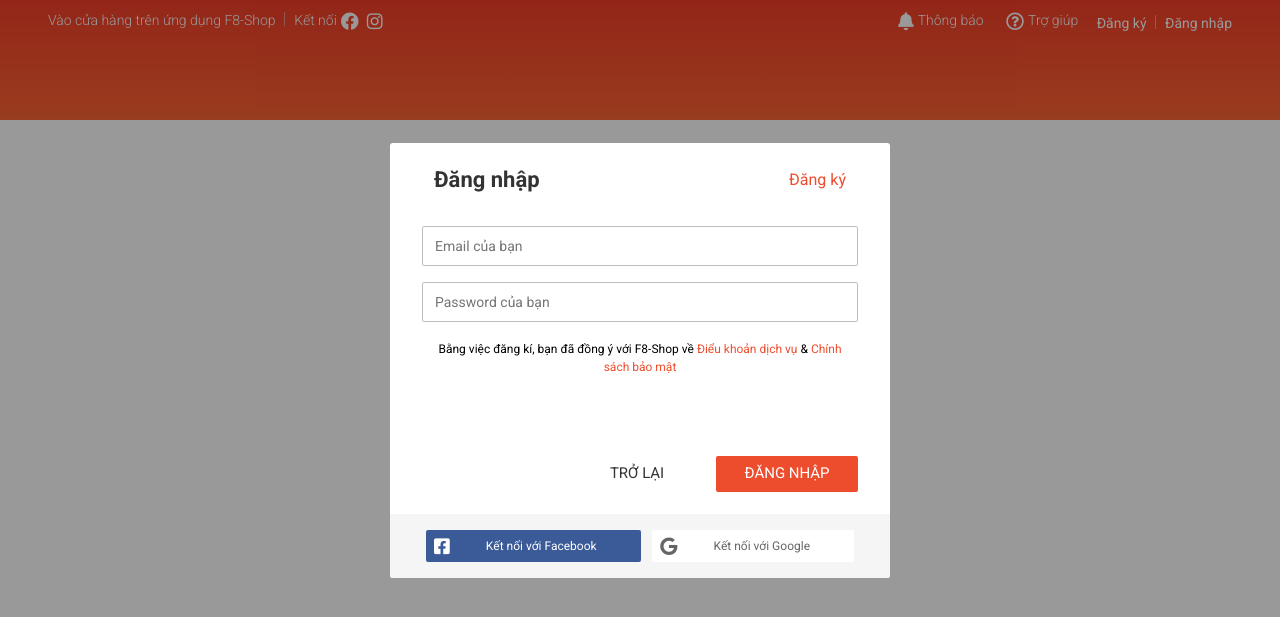
Repository: tvhoangit/tvhoangit.github.io
Page: Shoppe/index.html
An editor plug-in stored every save of this project. The page is shown before and after the next save, followed by the edit.
The browser window is 1280 px wide. The pictures show the whole page.

Above is the page before, as saved 2021-10-17 14:30:29.

### Shoppe/index.html
<!DOCTYPE html>
<html lang="en">
<head>
    <meta charset="UTF-8">
    <meta http-equiv="X-UA-Compatible" content="IE=edge">
    <meta name="viewport" content="width=device-width, initial-scale=1.0">
    <title>Document</title>
    <link rel="stylesheet" href="https://cdnjs.cloudflare.com/ajax/libs/normalize/8.0.1/normalize.min.css">
    <link rel="stylesheet" href="./assets/css/base.css">
    <link rel="stylesheet" href="./assets/css/main.css">
    <link rel="stylesheet" href="./assets/fonts/fontawesome-free-5.15.4-web/fontawesome-free-5.15.4-web/css/all.min.css">
    <link href="https://fonts.googleapis.com/css2?family=Open+Sans&family=Roboto:wght@300;400;500;700;900&display=swap" rel="stylesheet">
</head>
<body>

    <div class="app">
        <header class="header">
            <div class="grid">
                <nav class="header__navbar">
                    <ul class="header__navbar-list">
                        <li class="header__navbar-item header__navbar-item--qr header__navbar-item--separate">
                            Vào cửa hàng trên ứng dụng F8-Shop
                            <div class="header__qr">
                                <img src="./assets/img/QR.png" alt="QR code" class="header__qr-img">
                                <div class="header__qr-apps">
                                    <a href="" class="header__qr-link">
                                        <img src="./assets/img/gg_play.jpg" alt="GG Play" class="header__qr-dowload-img">
                                    </a>
                                    <a href="" class="header__qr-link">
                                        <img src="./assets/img/apstore.jpg" alt="ApStore" class="header__qr-dowload-img">
                                    </a>
                                </div>
                            </div>
                        </li>
                        <li class="header__navbar-item">
                            <span class="header__navbar-title--no-pointer">Kết nối</span>
                            <a href="" class="header__navbar-icon-link">
                                <i class="header__navbar--icon fab fa-facebook"></i>
                            </a>
                            <a href="" class="header__navbar-icon-link">
                                <i class="header__navbar--icon fab fa-instagram"></i>
                            </a>
                        </li>
                    </ul>

                    <ul class="header__navbar-list">
                        <li class="header__navbar-item header__navbar-item--has-notify">
                            <i class="header__navbar--icon fas fa-bell"></i>
                            <a href="" class="header__navbar-item-link">Thông báo</a>
                            <div class="header__notify">
                                <header class="header__notify--header">
                                    <h3>Thông báo mới nhận</h3>
                                </header>
                                <ul class="header__notify-list">
                                    <li class="header__notify-item header__notify-item--viewed">
                                        <a href="" class="header__notify-link">
                                            <span>
                                                <img src="./assets/img/myphamohui.png" alt="" class="header__notify-img">
                                            </span>
                                            <div class="header__notify-info">
                                                <span class="header__notify-name">Mỹ phẩm Ohui chính hãng</span>
                                                <span class="header__notify-description">Mô tả</span>
                                            </div>
                                        </a>
                                    </li>
                                    <li class="header__notify-item">
                                        <a href="" class="header__notify-link">
                                            <span>
                                                <img src="./assets/img/myphamohui.png" alt="" class="header__notify-img">
                                            </span>
                                            <div class="header__notify-info">
                                                <span class="header__notify-name">Mỹ phẩm Ohui chính hãng</span>
                                                <span class="header__notify-description">Mô tả</span>
                                            </div>
                                        </a>
                                    </li>
                                    <li class="header__notify-item">
                                        <a href="" class="header__notify-link">
                                            <span>
                                                <img src="./assets/img/myphamohui.png" alt="" class="header__notify-img">
                                            </span>
                                            <div class="header__notify-info">
                                                <span class="header__notify-name">Mỹ phẩm Ohui chính hãng</span>
                                                <span class="header__notify-description">Mô tả</span>
                                            </div>
                                        </a>
                                    </li>
                                </ul>
                                <div class="header__notify-footer">
                                    <a href="" class="header__notify-footer-btn">Xem tất cả</a>
                                </div>
                            </div>
                        </li>
                        <li class="header__navbar-item">
                            <i class="header__navbar--icon far fa-question-circle"></i>
                            <a href="" class="header__navbar-item-link">Trợ giúp</a>
                        </li>
                        <li class="header__navbar-item header__navbar-item--strong header__navbar-item--separate">Đăng ký</li>
                        <li class="header__navbar-item header__navbar-item--strong">Đăng nhập</li>
                    </ul>
                </nav>
            </div>
        </header>
    </div>
    <div class="container">


    </div>
    <div class="footer">

    </div>


    <!-- Form Đăng ký đăng nhập -->
    <div class="modal">
        <div class="modal__overlay">

        </div>
        <div class="modal__body">
            <!-- Register form -->
            <!-- <div class="auth-form">
                <div class="auth-form__container">
                    <div class="auth-form__header">
                        <h3 class="auth-form__heading">Đăng ký</h3>
                        <span class="auth-form__switch-btn">Đăng nhập</span>
                    </div>
                    <div class="auth-form__form">
                        <div class="auth-form__group">
                            <input type="text" class="auth-form__input" placeholder="Email của bạn">
                        </div>
                        <div class="auth-form__group">
                            <input type="password" class="auth-form__input" placeholder="Password của bạn">
                        </div>
                        <div class="auth-form__group">
                            <input type="password" class="auth-form__input" placeholder="Nhập lại Password">
                        </div>
                    </div>
                    <div class="auth-form__aside">
                        <p class="auth-form__policy-text">
                            Bằng việc đăng kí, bạn đã đồng ý với F8-Shop về
                            <a href="" class="auth-form__text-link">Điểu khoản dịch vụ </a>&
                            <a href="" class="auth-form__text-link">Chính sách bảo mật</a>
                        </p>
                    </div>
                    <div class="auth-form__controls">
                        <button class="btn auth-form__controls-back btn-normal">TRỞ LẠI</button>
                        <button class="btn btn--primary">ĐĂNG KÝ</button>
                    </div>
                </div>
                <div class="auth-form__socials">
                    <a href="" class="btn btn--size-s btn--width-icon auth-form__socials--facebook">
                        <i class="auth-form__socials-icon fab fa-facebook-square"></i>
                        <span class="auth-form__socials-title">
                            Kết nối với Facebook
                        </span>
                    </a>
                    <a href="" class="btn btn--size-s btn--width-icon auth-form__socials--google">
                        <i class="auth-form__socials-icon fab fa-google"></i>
                        <span class="auth-form__socials-title">
                            Kết nối với Google
                        </span>
                    </a>
                </div>
            </div> -->

            <!-- login form -->
            <div class="auth-form">
                <div class="auth-form__container">
                    <div class="auth-form__header">
                        <h3 class="auth-form__heading">Đăng nhập</h3>
                        <span class="auth-form__switch-btn">Đăng ký</span>
                    </div>
                    <div class="auth-form__form">
                        <div class="auth-form__group">
                            <input type="text" class="auth-form__input" placeholder="Email của bạn">
                        </div>
                        <div class="auth-form__group">
                            <input type="password" class="auth-form__input" placeholder="Password của bạn">
                        </div>                    </div>
                    <div class="auth-form__aside">
                        <p class="auth-form__policy-text">
                            Bằng việc đăng kí, bạn đã đồng ý với F8-Shop về
                            <a href="" class="auth-form__text-link">Điểu khoản dịch vụ </a>&
                            <a href="" class="auth-form__text-link">Chính sách bảo mật</a>
                        </p>
                    </div>
                    <div class="auth-form__controls">
                        <button class="btn auth-form__controls-back btn-normal">TRỞ LẠI</button>
                        <button class="btn btn--primary">ĐĂNG NHẬP</button>
                    </div>
                </div>
                <div class="auth-form__socials">
                    <a href="" class="btn btn--size-s btn--width-icon auth-form__socials--facebook">
                        <i class="auth-form__socials-icon fab fa-facebook-square"></i>
                        <span class="auth-form__socials-title">
                            Kết nối với Facebook
                        </span>
                    </a>
                    <a href="" class="btn btn--size-s btn--width-icon auth-form__socials--google">
                        <i class="auth-form__socials-icon fab fa-google"></i>
                        <span class="auth-form__socials-title">
                            Kết nối với Google
                        </span>
                    </a>
                </div>
            </div>
        </div>
    </div>

</body>
</html>

### Shoppe/assets/css/base.css
:root{
    --primary-color: #EE4D2D;
    --white-color: #fff;
    --black-color: #000;
    --text-color: #333;
    --border-color: #bdbdbd;
}

*{
    box-sizing: inherit;
}

html{
    font-size: 62.5%;
    line-height: 1.6rem;
    font-family: 'Roboto', sans-serif;
    box-sizing: border-box;
}

.grid{
    width: 1200px;
    max-width: 100%;
    margin: 0 auto;
}

.grid__full-width{
    width: 100%;
}

.grid__row{
    display: flex;
    flex-wrap: wrap;
}

/* Animation */
@keyframes fadeIn {
    from {
        opacity: 0;
    }
    to {
        opacity: 1;
    }
}
/* Modal */
.modal {
    position: fixed;
    top: 0;
    right: 0;
    bottom: 0;
    left: 0;
    display: flex;
}
.modal__overlay {
    position: absolute;
    width: 100%;
    height: 100%;
    background-color: rgba(0, 0, 0, 0.4);
}
.modal__body {
    margin: auto;
    position: relative;
    z-index: 1;
}

/* button style */
.btn {
    min-width: 142px;
    height: 36px;
    text-decoration: none;
    border: none;
    border-radius: 2px;
    font-size: 1.5rem;
    padding: 0 12px;
    background-color: var(--white-color);
    outline: none;
    cursor: pointer;
    color: var(--text-color);
    display: flex;
    align-items: center;
    justify-content: center;
}
.btn.btn-normal:hover {
    background-color: rgba(0, 0, 0, 0.05);
}
.btn.btn--size-s{
    height: 32px;
    font-size: 1.2rem;
    padding: 0 8px;
}
.btn.btn--primary {
    background-color: var(--primary-color);
    color: var(--white-color);
}
.btn.btn--disabled {
    color: #949494;
    cursor: default;
    background-color: #c3c3c3;
}

### Shoppe/assets/css/main.css
.header {
    height: 120px;
    background-image: linear-gradient(0, #fe6433, #f53e28);
}
.header__navbar {
    display: flex;
    justify-content: space-between;
    padding-top: 8px;
}
.header__navbar-list {
    list-style: none;
    padding-left: 0;
    margin-top: 4px;
}
.header__navbar-item {
    display: inline-block;
    margin: 0 8px 0px 8px;
    position: relative;
    min-height: 26px;
}
.header__navbar-item--qr:hover .header__qr {
    display: block;
}
.header__navbar-item--has-notify:hover .header__notify {
    display: block;
}
.header__navbar-item,
.header__navbar-item-link {
    font-size: 1.4rem;
    color: var(--white-color);
    text-decoration: none;
    font-weight: 300;
}
.header__navbar-item:hover,
.header__navbar-icon-link:hover,
.header__navbar-item-link:hover {
    color: rgba(255, 255, 255, 0.7);
    cursor: pointer;
}
.header__navbar-item,
.header__navbar-item-link,
.header__navbar-icon-link{
    display: inline-flex;
    text-align: center;
}
.header__navbar-item--strong {
    font-weight: 400;
}
.header__navbar-item--separate::after {
    content: "";
    display: block;
    position: absolute;
    border-left: 1px solid #FB9086;
    height: 14px;
    right: -9px;
    top: 25%;
    transform: translateY(-50%);
}
.header__navbar-icon-link {
    color: var(--white-color);
    text-decoration: none;
}
.header__navbar--icon {
    font-size: 1.8rem;
    margin: 0 4px;
}
.header__navbar-title--no-pointer {
    cursor: text;
    color: var(--white-color);
}
.header__qr {
    width: 186px;
    background-color: var(--white-color);
    position: absolute;
    left: 0;
    top: 100%;
    padding: 8px;
    border-radius: 2px;
    display: none;
    animation: fadeIn ease 0.3s;
}
.header__qr-img {
    width: 100%;
}
.header__qr-apps {
    display: flex;
    justify-content: space-between;
}
.header__qr-link {
    margin: 0px 11px;
}
.header__qr-dowload-img {
    height: 15px;
}

/* Header notification */
.header__notify {
    position: absolute;
    top: 100%;
    width: 404px;
    right: 0;
    border: 1px solid #D3D3D3;
    background-color: var(--white-color);
    cursor: default;
    /* lấy tâm để dịch chuyển */
    transform-origin: calc(100% - 20px) top;
    animation: headerNotifyGrowth ease-in 0.2s;
    /* nói cho web biết thuộc tính gì sẽ thay đổi để tối ưu hơn */
    will-change: opacity, transform;
    display: none;
}
.header__notify::before {
    content: "";
    border-width: 20px 27px;
    border-style: solid;
    border-color: transparent transparent var(--white-color) transparent;
    position: absolute;
    right: 4px;
    top: -30px;
}
@keyframes headerNotifyGrowth {
    from {
        opacity: 0;
        transform: scale(0);
    }
    to {
        opacity: 1;
        transform: scale(1);
    }
}
.header__notify--header {
    height: 40px;
    background-color: var(--white-color);
    margin-top: -15px;
}
.header__notify--header h3 {
    color: #999;
    margin-right: 237px;
    font-weight: 400;
    font-size: 1.5rem;
    line-height: 40px;

}
.header__notify-list {
    padding-left: 0;
}
.header__notify-item {
    display: flex;
}
.header__notify-item:hover {
    background-color: #f7f7f7;
}
.header__notify-item--viewed {
    background-color: rgba(238,75,43,0.08);
}
.header__notify-link {
    display: flex;
    width: 100%;
    padding: 12px;
    text-decoration: none;
}
.header__notify-img {
    width: 48px;
}
.header__notify-info {
    margin-left: 12px;
}
.header__notify-name {
    display: block;
    font-size: 1.4rem;
    color: var(--text-color);
    font-weight: 400;
    line-height: 1.8rem;
}
.header__notify-description {
    display: block;
    font-size: 1.2rem;
    line-height: 1.6rem;
    color: #756F6E;
    text-align: left;
    margin-top: 4px;;
}
.header__notify-footer {
    height: 40px;
}
.header__notify-footer-btn {
    text-decoration: none;
    line-height: 40px;
    color: var(--text-color);
    padding: 8px 32px;
    font-weight: 400;
}

/* Authen modal */
.auth-form {
    width: 500px;
    border-radius: 3px;
    overflow: hidden;
    background-color: var(--white-color);
}
.auth-form__container {
    padding: 0 32px;
}
.auth-form__header {
    display: flex;
    align-items: center;
    justify-content: space-between;
    margin-top: 7px;
    padding: 0 12px;
}
.auth-form__heading {
    font-size: 2.2rem;
    font: weight 400px;
    color: var(--text-color);
}
.auth-form__switch-btn {
    font-size: 1.6rem;
    color: var(--primary-color);
    font-weight: 400;
    cursor: pointer;
}
.auth-form__form {
}
.auth-form__input {
    width: 100%;
    height: 40px;
    margin-top: 16px;
    padding: 0 12px;
    font-size: 1.4rem;
    border: 1px solid var(--border-color);
    border-radius: 2px;
    outline: none;
}
.auth-form__input:focus {
    border-color: #888;
}
.auth-form__aside {
    margin-top: 18px;
}
.auth-form__policy-text {
    font-size: 1.2rem;
    line-height: 1.8rem;
    text-align: center;
    padding: 0 12px;
}
.auth-form__text-link {
    text-decoration: none;
    color: var(--primary-color);
}
.auth-form__controls {
    margin-top: 80px;
    display: flex;
    justify-content: flex-end;
}
.auth-form__controls-back {
    margin-right: 8px;
}
.auth-form__socials {
    background-color: #F5F5F5;
    padding: 16px 36px;
    display: flex;
    justify-content: space-between;
    margin-top: 22px;
}
.auth-form__socials-icon {
    font-size: 1.8rem;
}
.auth-form__socials--facebook {
    background-color: #3A5A98;
    color: var(--white-color);
}
.auth-form__socials--facebook
.auth-form__socials--icon {
    color: var(--white-color);
}
.auth-form__socials-title {
    margin: 0 36px;
}
.auth-form__socials--google {
    background-color: var(--white-color);
    color: #666;
}

Loaded but not shown: Shoppe/assets/fonts/fontawesome-free-5.15.4-web/fontawesome-free-5.15.4-web/css/all.min.css (library)

After the next save:
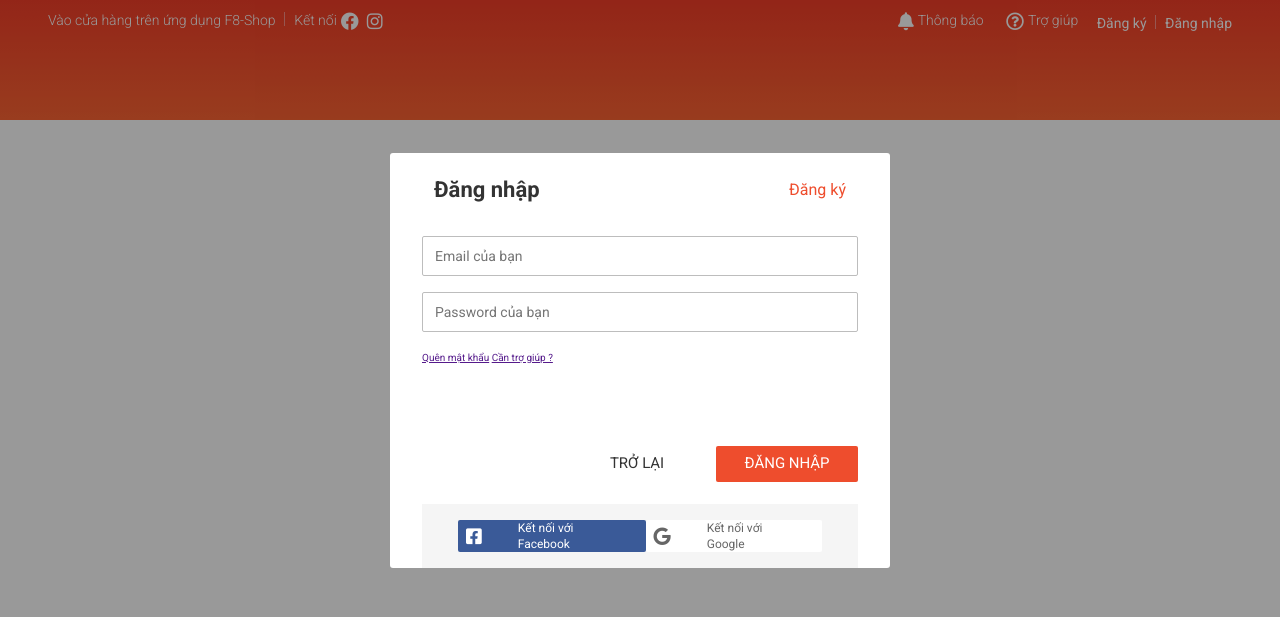
Saved 2 min 35 s later.
--- a/Shoppe/index.html
+++ b/Shoppe/index.html
@@ -178,11 +178,11 @@
                             <input type="password" class="auth-form__input" placeholder="Password của bạn">
                         </div>                    </div>
                     <div class="auth-form__aside">
-                        <p class="auth-form__policy-text">
-                            Bằng việc đăng kí, bạn đã đồng ý với F8-Shop về
-                            <a href="" class="auth-form__text-link">Điểu khoản dịch vụ </a>&
-                            <a href="" class="auth-form__text-link">Chính sách bảo mật</a>
-                        </p>
+                    <div class="auth-form__aside">
+                       <div class="auth-form__help">
+                           <a href="" class="auth-form__help-link">Quên mật khẩu</a>
+                           <a href="" class="auth-form__help-link">Cần trợ giúp ?</a>
+                       </div>
                     </div>
                     <div class="auth-form__controls">
                         <button class="btn auth-form__controls-back btn-normal">TRỞ LẠI</button>
